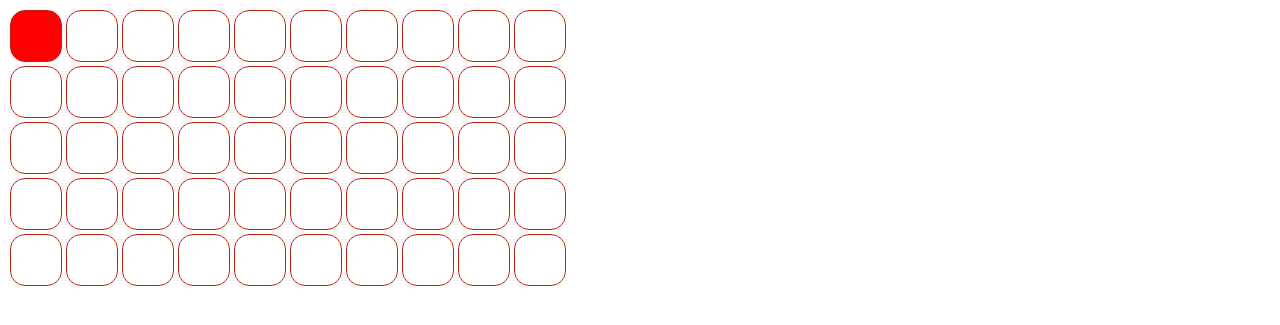
Repository: LechCieslak/anchor_and_anchois
Page: index.html
These files come from the project's save history. The page is drawn as it stood at one moment and after the next save; the edit follows.
The browser window is 1280 px wide. The pictures show the whole page.
After loading, the first visible `div[onclick="colChange()"]` was clicked once.

Above is the page before, as saved 2020-04-22 01:02:38.

### index.html
<!DOCTYPE html>
<html lang="pl">
<head>
    <meta charset="UTF-8">
    <meta name="viewport" content="width=device-width, initial-scale=1.0">
    <meta http-equiv="X-UA-Compatible" content="ie=edge">
    <link rel="stylesheet" href="style.css">
    <title>myPaint</title>
</head>
<body>

    <div class="row">
        <div class="field" onclick="boberFunc()"></div>
        <div class="field" onclick="boberFunc2()"></div>
        <div class="field" onclick="boberFunc()"></div>
        <div class="field" onclick="colChange()"></div>
        <div class="field"></div>
        <div class="field"></div>
        <div class="field"></div>
        <div class="field"></div>
        <div class="field"></div>
        <div class="field"></div>

        <div class="field"></div>
        <div class="field"></div>
        <div class="field"></div>
        <div class="field"></div>
        <div class="field"></div>
        <div class="field"></div>
        <div class="field"></div>
        <div class="field"></div>
        <div class="field"></div>
        <div class="field"></div>

        <div class="field"></div>
        <div class="field"></div>
        <div class="field"></div>
        <div class="field"></div>
        <div class="field"></div>
        <div class="field"></div>
        <div class="field"></div>
        <div class="field"></div>
        <div class="field"></div>
        <div class="field"></div>

        <div class="field"></div>
        <div class="field"></div>
        <div class="field"></div>
        <div class="field"></div>
        <div class="field"></div>
        <div class="field"></div>
        <div class="field"></div>
        <div class="field"></div>
        <div class="field"></div>
        <div class="field"></div>

        <div class="field"></div>
        <div class="field"></div>
        <div class="field"></div>
        <div class="field"></div>
        <div class="field"></div>
        <div class="field"></div>
        <div class="field"></div>
        <div class="field"></div>
        <div class="field"></div>
        <div class="field"></div>
    </div>

    <!-- <button onclick="boberFunc()">click me</button> -->



    <script src="app.js"></script>
</body>
</div></htm>

### style.css
* {
    padding: 0;
    margin: 0;
}

.row {
    display: inline-block;
    width: 560px;
    margin: 10px;
 }

.field {
    display: inline-block;
    border: 1px solid #be2409;
    border-radius: 15px;
    width: 50px;
    height: 50px;
}

.field:hover {
    background-color: #be2409;
    /* background-image: url(images/face.png); */
}

.field:active {
    background-image: url(images/face.png);
    background-color: #09be21;
}

### app.js
let ter = new Date;

boberFunc = () => {
    console.log("1. div");
}

boberFunc2 = () => {
    console.log(ter.getHours()+":"+ter.getMinutes()+":"+ter.getSeconds());
console.log(ter.getTime())
}

colChange = () => {
    var elem = document.querySelector(".field");
    console.log("uuuutttt")

    elem.style.backgroundColor = "red";
    console.log("koniec");
}

After the next save:
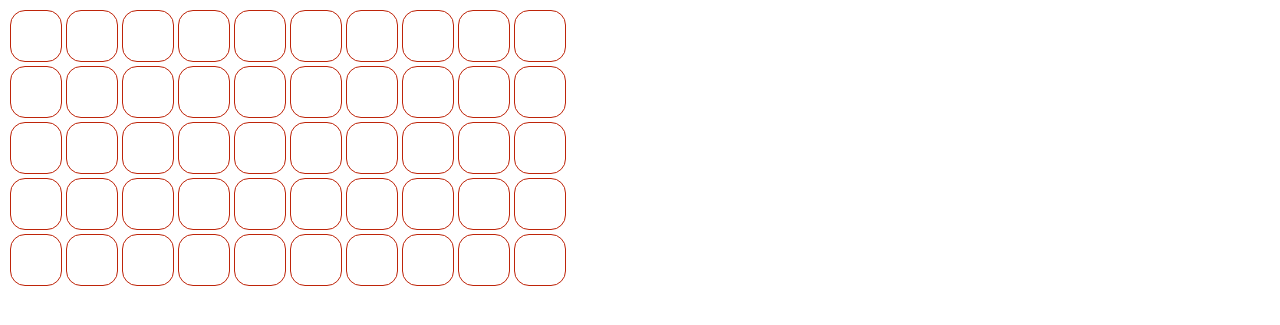
Console error: TypeError: document.getelementsbyclassname is not a function
Saved 62 s later.
--- a/app.js
+++ b/app.js
@@ -10,7 +10,7 @@ console.log(ter.getTime())
 }
 
 colChange = () => {
-    var elem = document.querySelector(".field");
+    var elem = document.getelementsbyclassname(".field");
     console.log("uuuutttt")
 
     elem.style.backgroundColor = "red";
